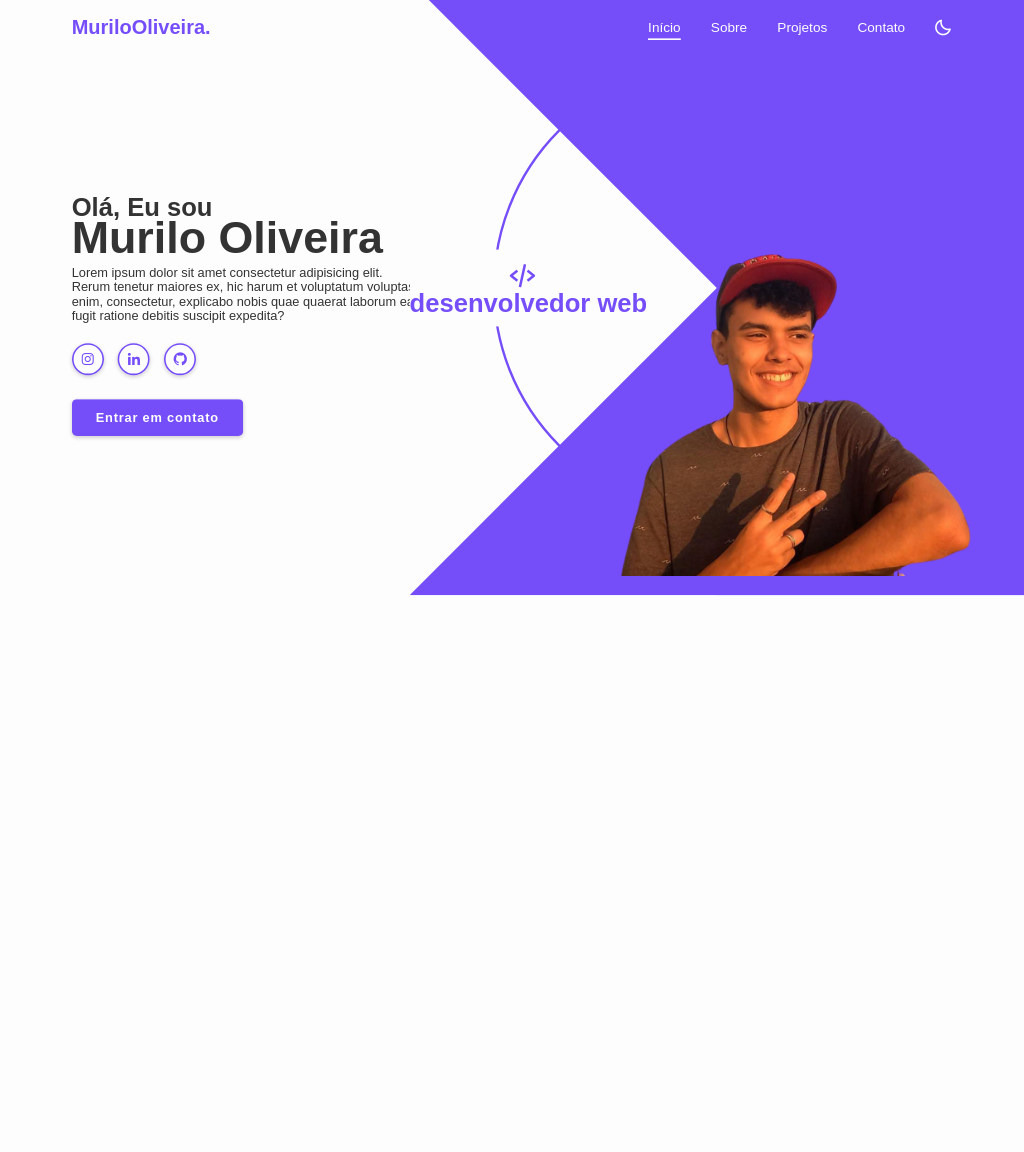
Repository: devMuriloOliveira/Portfolio-
Page: index.html
These files come from the project's save history. The page is drawn as it stood at one moment and after the next save; the edit follows.
The browser window is 1280 px wide. The pictures show the whole page, at 80% of full size.
Some web fonts or font styles are not loaded; a fallback is used.

Above is the page before, as saved 2023-03-11 15:56:45.

After the next save:
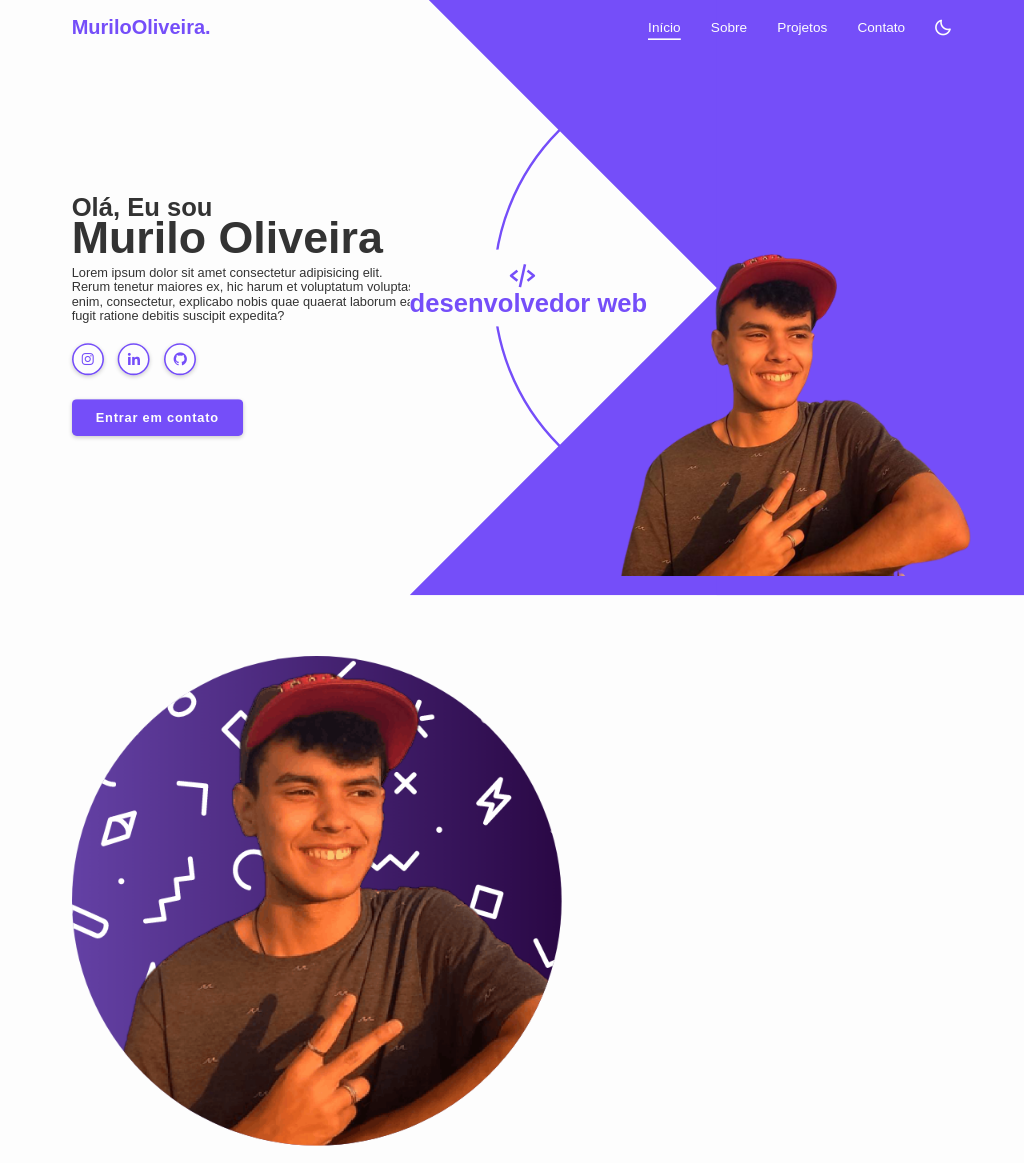
Saved 2 min 20 s later.
--- a/index.html
+++ b/index.html
@@ -88,7 +88,11 @@
 
     <!------------sobre------------>
 
-    <section class="sobre" id="sobre"></section>
+    <section class="sobre" id="sobre">
+      <div class="sobre-img">
+        <img src="/assets/profile-pic (4).png" alt="" />
+      </div>
+    </section>
 
     <script src="js/script.js"></script>
   </body>
